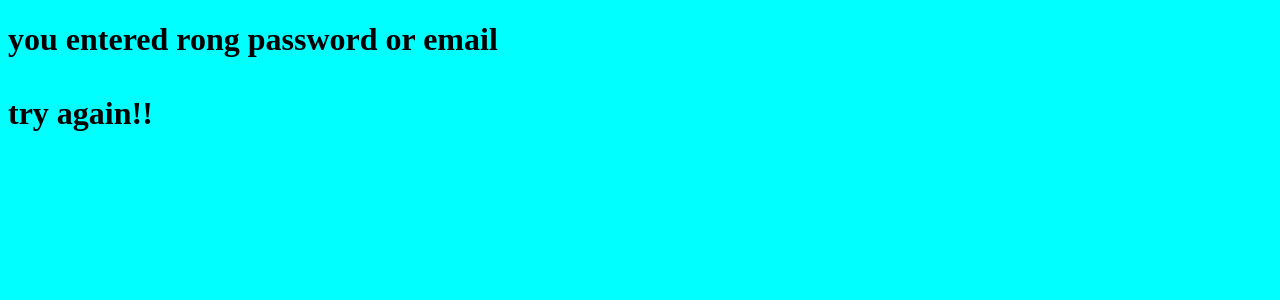
Repository: loganathanofficial/before-17-11-2025
Page: http://localhost/SecondApp/ronguser.jsp
These files come from the project's save history. The page is drawn as it stood at one moment and after the next save; the edit follows.
The browser window is 1280 px wide. The pictures show the whole page.
The page is served by Tomcat 10. Other server files are loaded and not shown.

Above is the page before, as saved 2025-02-26 03:58:05.

### Spring_MVC/SecondApp/src/main/webapp/ronguser.jsp
<%@ page language="java" contentType="text/html; charset=UTF-8"
    pageEncoding="UTF-8"%>
<!DOCTYPE html>
<html>
<head>
<meta charset="UTF-8">
<title>Insert title here</title>
</head>
<body bgcolor="cyan">
	<h1 style="color='red'">you entered rong password or email<br><br> try again!! </h1>
</body>
</html>

After the next save:
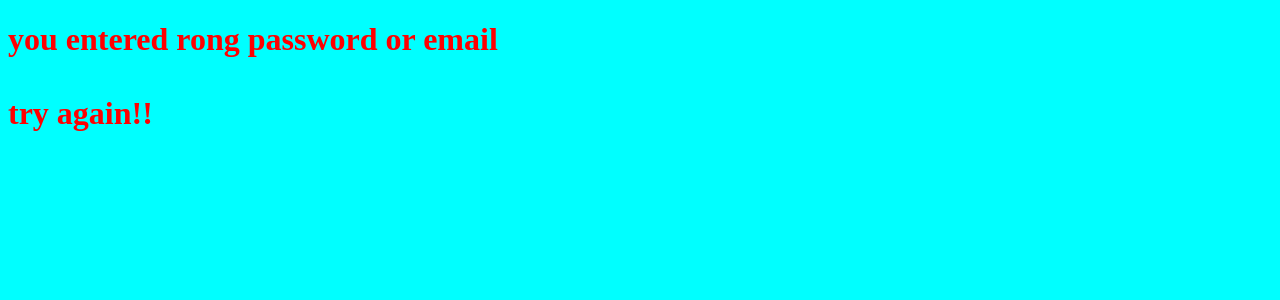
Saved 114 s later.
--- a/Spring_MVC/SecondApp/src/main/webapp/ronguser.jsp
+++ b/Spring_MVC/SecondApp/src/main/webapp/ronguser.jsp
@@ -7,6 +7,6 @@
 <title>Insert title here</title>
 </head>
 <body bgcolor="cyan">
-	<h1 style="color='red'">you entered rong password or email<br><br> try again!! </h1>
+	<h1 style="color:red">you entered rong password or email<br><br> try again!! </h1>
 </body>
 </html>
